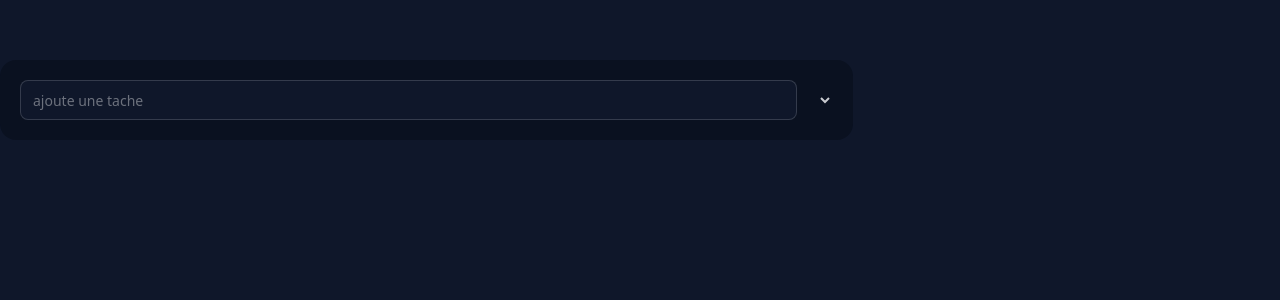
Repository: gradi243/react_ex_tuto
Page: /
These files come from the project's save history. The page is drawn as it stood at one moment and after a run of saves; the edit follows.
The browser window is 1280 px wide. The pictures show the whole page.
The project was rebuilt for these pictures with package versions that can differ from the ones it lists, and the page was loaded fresh each time. Also part of the build but not shown: vite.config.ts.

Above is the page before, as saved 2025-09-13 23:56:25.

After the next 3 saves:
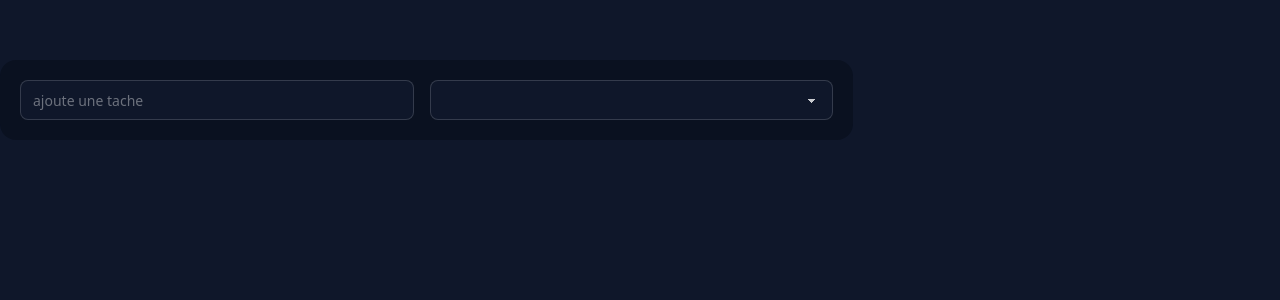
The 3 saves are shown as one change because they came seconds apart.
The last was saved 10 s later.
--- a/src/App.tsx
+++ b/src/App.tsx
@@ -19,7 +19,7 @@ function App(){
           />
 
           <select
-          className=""
+          className="select w-full"
           >
 
           </select>
